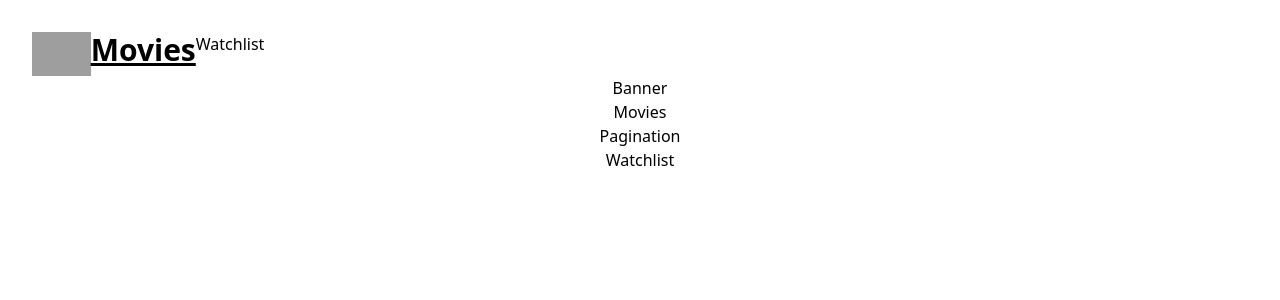
Repository: PrashantPanjwani/JSProjects
Page: / (app in Movies-App/)
The author's editor kept a copy of each file at every save. The page is drawn from the files as they stood at one save, then again after the next save.
The browser window is 1280 px wide. The pictures show the whole page.
Pictures or frames that could not be fetched are drawn as grey boxes. The project was rebuilt for these pictures with package versions that can differ from the ones it lists, and the page was loaded fresh each time. Also part of the build but not shown: Movies-App/vite.config.js.

Above is the page before, as saved 2024-08-03 23:19:53.

### Movies-App/index.html
<!doctype html>
<html lang="en">
  <head>
    <meta charset="UTF-8" />
    <link rel="icon" type="image/svg+xml" href="https://encrypted-tbn0.gstatic.com/images?q=tbn:ANd9GcSb-LgjwzNyCwZOP8Acw2B1E1Ni2DJDoBLtjioW86H6Kw&s" />
    <meta name="viewport" content="width=device-width, initial-scale=1.0" />
    <title>Vite + React</title>
  </head>
  <body>
    <div id="root"></div>
    <script type="module" src="/src/main.jsx"></script>
  </body>
</html>

### Movies-App/src/App.jsx
import { useState } from 'react'
import reactLogo from './assets/react.svg'
import viteLogo from '/vite.svg'
import './App.css'
import Movies from './Components/Movies'
import Navbar from './Components/Navbar'
import Banner from './Components/Banner'
import Watchlist from './Components/Watchlist'
import Pagination from './Components/Pagination'

function App() {


  return (
    <>
      <Navbar/>
      <Banner/>

      <Movies/>
      <Pagination/>
      <Watchlist/>
    </>
  )
}

export default App

### Movies-App/src/index.css
@tailwind base;
@tailwind components;
@tailwind utilities;
*{
  margin: 0;
  padding: 0;
  box-sizing: border-box;
}

### Movies-App/src/Components/Movies.jsx
export default function Movies(){
    return(
        <div>Movies</div>
    )
}

### Movies-App/src/Components/Navbar.jsx
export default function Navbar(){
    return (
        <div className="flex">
            <img className="h-11" src="https://encrypted-tbn0.gstatic.com/images?q=tbn:ANd9GcSb-LgjwzNyCwZOP8Acw2B1E1Ni2DJDoBLtjioW86H6Kw&s" alt="" />
            <a className="text-3xl font-bold underline" href="/">Movies</a>
            <a href="/watchlist">Watchlist</a>
        </div>
    )
}

### Movies-App/src/Components/Banner.jsx
export default function Banner(){
    return(
        <div>Banner</div>
    )
}

### Movies-App/src/Components/Watchlist.jsx
export default function Watchlist(){
    return(
        <div>Watchlist</div>
    )
}

### Movies-App/src/Components/Pagination.jsx
export default function Pagination(){
    return (
    <div>Pagination</div>
)
}

Loaded but not shown: Movies-App/src/main.jsx (common file); Movies-App/src/App.css (common file); Movies-App/tailwind.config.js (common file)

After the next save:
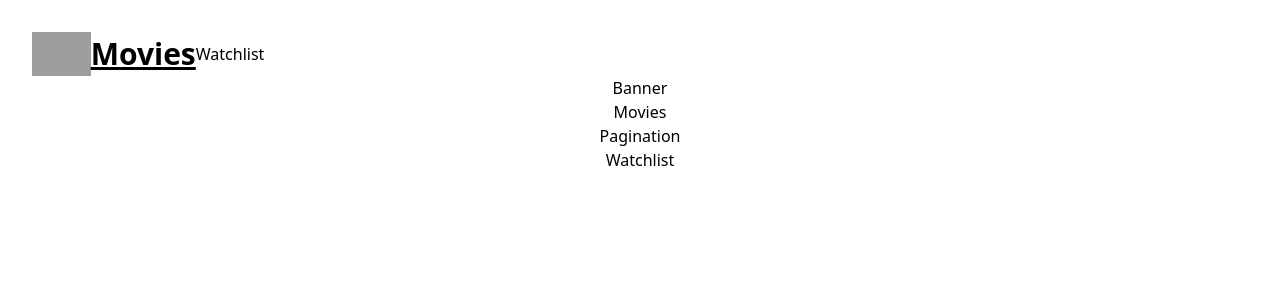
Saved 69 s later.
--- a/Movies-App/src/Components/Navbar.jsx
+++ b/Movies-App/src/Components/Navbar.jsx
@@ -1,6 +1,6 @@
 export default function Navbar(){
     return (
-        <div className="flex">
+        <div className="flex items-center">
             <img className="h-11" src="https://encrypted-tbn0.gstatic.com/images?q=tbn:ANd9GcSb-LgjwzNyCwZOP8Acw2B1E1Ni2DJDoBLtjioW86H6Kw&s" alt="" />
             <a className="text-3xl font-bold underline" href="/">Movies</a>
             <a href="/watchlist">Watchlist</a>

After the save that followed:
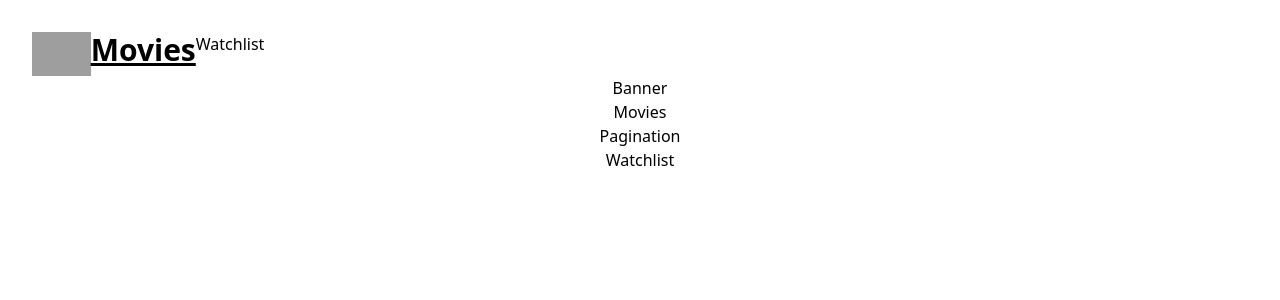
Saved 39 s later.
--- a/Movies-App/src/Components/Navbar.jsx
+++ b/Movies-App/src/Components/Navbar.jsx
@@ -1,6 +1,6 @@
 export default function Navbar(){
     return (
-        <div className="flex items-center">
+        <div className="flex">
             <img className="h-11" src="https://encrypted-tbn0.gstatic.com/images?q=tbn:ANd9GcSb-LgjwzNyCwZOP8Acw2B1E1Ni2DJDoBLtjioW86H6Kw&s" alt="" />
             <a className="text-3xl font-bold underline" href="/">Movies</a>
             <a href="/watchlist">Watchlist</a>
